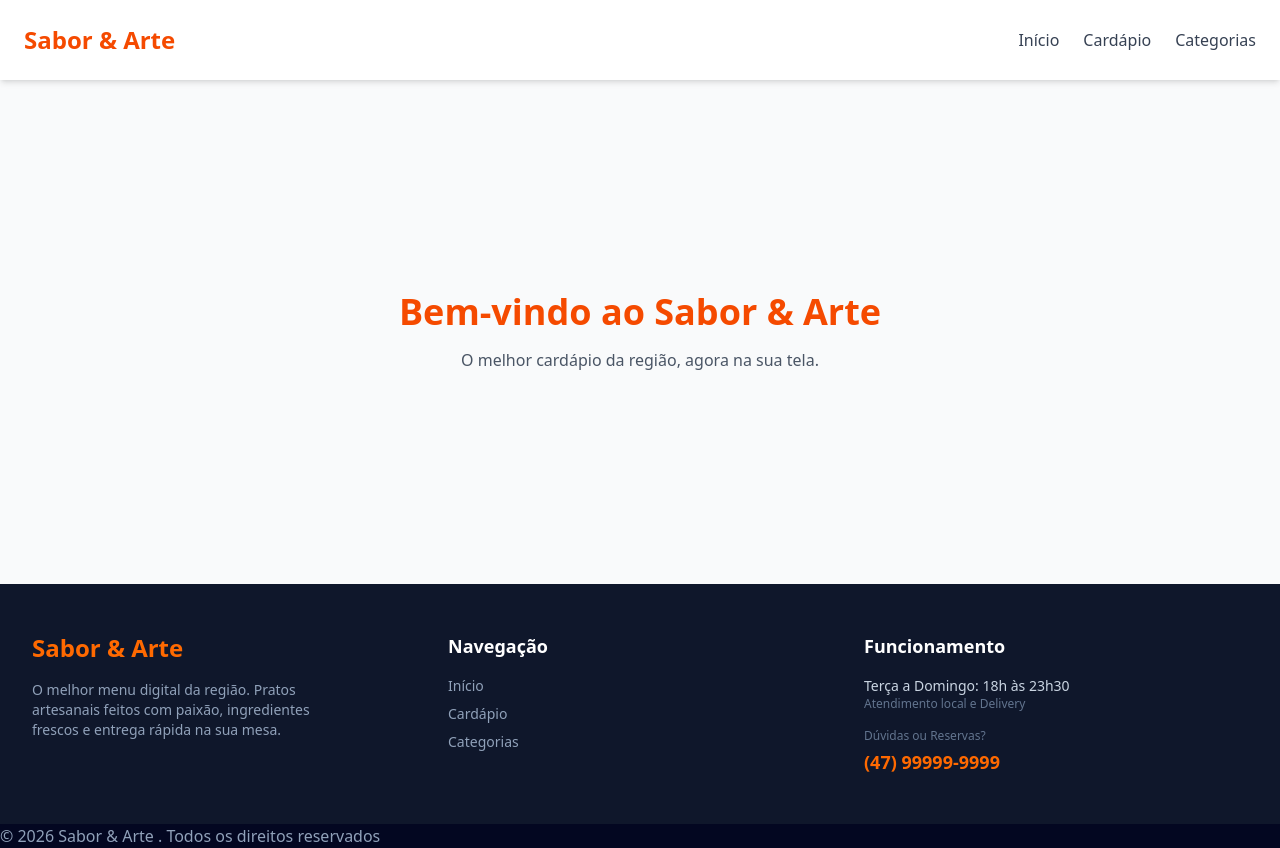
Repository: LuigiBLombardo/Next---Atividade
Page: / (app in sistema-cardapio/)
The author's editor kept a copy of each file at every save. The page is drawn from the files as they stood at one save, then again after a run of saves.
The browser window is 1280 px wide. The pictures show the whole page.
The project was rebuilt for these pictures with package versions that can differ from the ones it lists, and the page was loaded fresh each time. The framework's server and built-in components were replaced by stand-ins that run in the browser. Also part of the build but not shown: sistema-cardapio/next.config.mjs.

Above is the page before, as saved 2026-09-04 20:47:52.

### sistema-cardapio/src/app/layout.js
import { Inter, Montserrat } from "next/font/google";
import "./globals.css";
import Navbar from "@/components/Navbar";
import Footer from "@/components/Footer";

const inter = Inter({ subsets: ["latin"], variable: "--font-inter" });

const montserrat = Montserrat({ subsets: ["latin"], variable: "--font-montserrat" });

export default function RootLayout({ children }) {
    return (
        <html lang="pt-br" className={`${inter.variable} ${montserrat.variable}`}>
            <body className="font-sans bg-gray-50 antialiased">
                <Navbar />
                {children}
                <Footer/>
            </body>
        </html>
);
}

### sistema-cardapio/src/app/page.js
import Image from "next/image";

export default function Home() {
  return (
    <main className="flex flex-col items-center justify-center min-h-[70vh]">
        <h1 className="text-4xl font-bold text-orange-600">Bem-vindo ao Sabor & Arte</h1>
        <p className="mt-4 text-gray-600">O melhor cardápio da região, agora na sua tela.</p>
    </main>
  );
}

### sistema-cardapio/src/components/Navbar.js
import Link from 'next/link';

export default function Navbar() {
    return (
        <nav className="flex items-center justify-between p-6 bg-white shadow-md">
            <h2 className="text-2xl font-bold text-orange-600">Sabor & Arte</h2>
            <div className="flex gap-6">
                <Link href="/" className="text-gray-700 hover:text-orange-600 font-medium">Início</Link>
                <Link href="/cardapio" className="text-gray-700 hover:text-orange-600 font-medium">Cardápio</Link>
                <Link href="/categorias" className="text-gray-700 hover:text-orange-600
font-medium">Categorias</Link>
            </div>
        </nav>
);
}

### sistema-cardapio/src/components/Footer.js
import Link from "next/link";

export default function Footer(){
    return (
            <footer className="w-full bg-slate-900 text-slate-400 pt-12">

                <div className="max-w-7xl mx-auto px-8 pb-12 grid grid-cols-1 md:grid-cols-3 gap-8 ">

                    <div>
                        <h2 className="text-2xl font-bold text-orange-500 mb-4">
                            Sabor & Arte
                        </h2>
                        <p className="text-sm max-w-xs text-slate-400">
                            O melhor menu digital da região. Pratos artesanais feitos com
                            paixão, ingredientes frescos e entrega rápida na sua mesa.
                        </p>
                    </div>

                    <div>
                        <h3 className="text-lg font-bold text-white mb-4">
                            Navegação
                        </h3>
                        <div className="flex flex-col gap-2 text-sm">

                            <Link href="/" className="hover:text-white transition">Início</Link>
                            <Link href="/cardapio" className="hover:text-white transition">Cardápio</Link>
                            <Link href="/categorias" className="hover:text-white transition">Categorias</Link>

                        </div>
                    </div>

                    <div>
                        <h3 className="text-lg font-bold text-white mb-4">
                            Funcionamento
                        </h3>
                        <p className="text-sm text-slate-300">
                            Terça a Domingo: 18h às 23h30
                        </p>
                        <p className="text-xs text-slate-500 mb-4">
                            Atendimento local e Delivery
                        </p>

                        <span className="block text-xs text-slate-500 mb-1">
                            Dúvidas ou Reservas?
                        </span>
                        <a className="text-lg font-bold text-orange-500 inline-block">
                            (47) 99999-9999
                        </a>
                    </div>
                </div>

                <div className="flex bg-[#030721]">
                    <p>
                        © 2026 Sabor & Arte . Todos os direitos reservados
                    </p>
                </div>

            </footer>
    )
}

Loaded but not shown: sistema-cardapio/src/app/globals.css (common file)

After the next 3 saves:
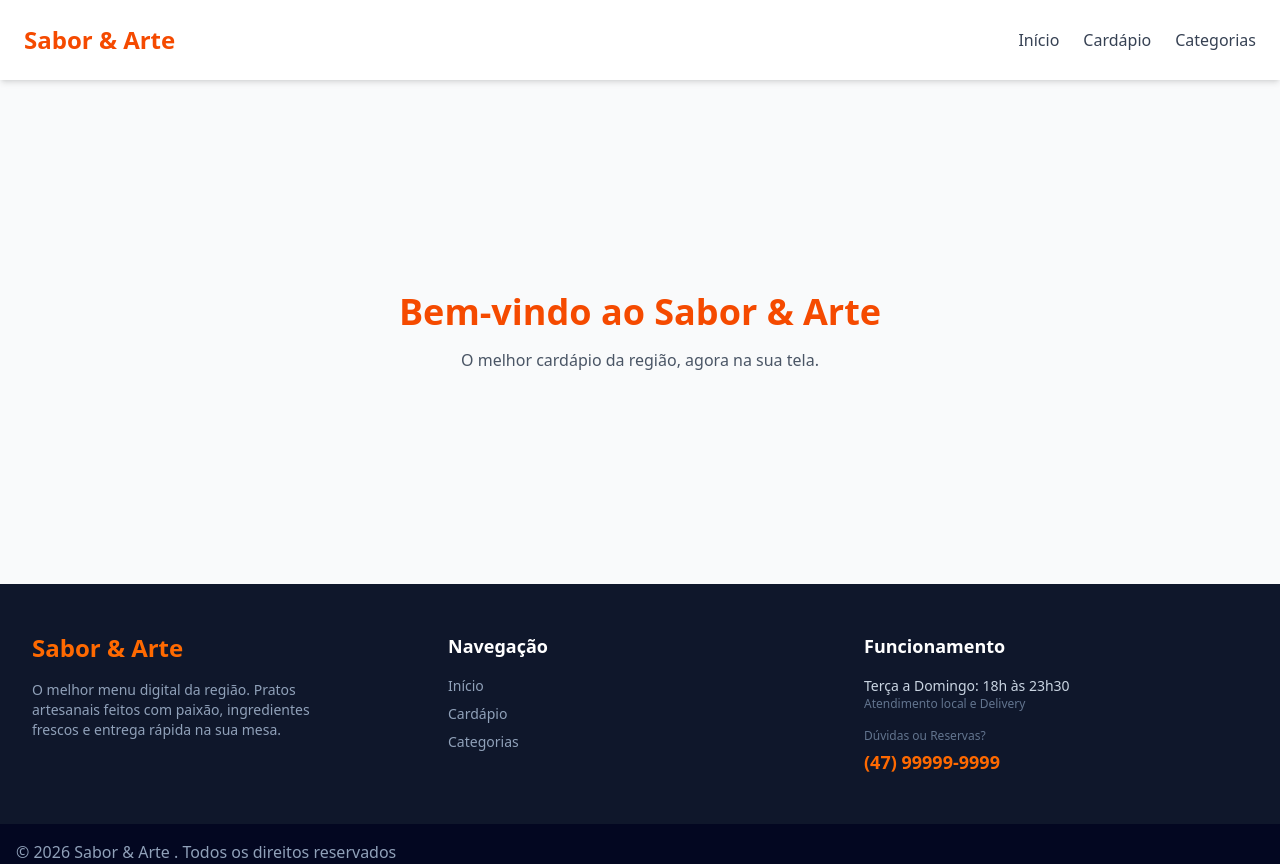
The 3 saves are shown as one change because they came seconds apart.
The last was saved 9 s later.
--- a/sistema-cardapio/src/components/Footer.js
+++ b/sistema-cardapio/src/components/Footer.js
@@ -49,7 +49,7 @@ export default function Footer(){
                     </div>
                 </div>
 
-                <div className="flex bg-[#030721]">
+                <div className="flex bg-[#030721] p-4 h-10">
                     <p>
                         © 2026 Sabor & Arte . Todos os direitos reservados
                     </p>
